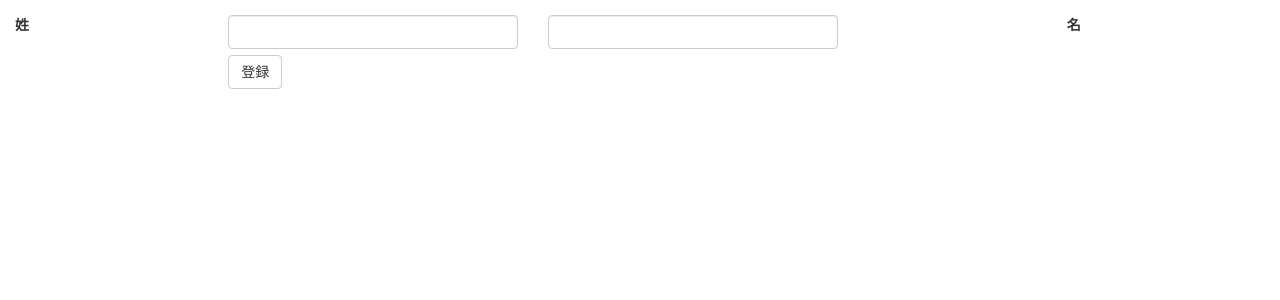
Repository: erinakatagiri/gomi
Page: bootstrap_lesson.html
The author's editor kept a record of every edit. The page is drawn from the files as they stood at one moment, then again after the next edit.
The browser window is 1280 px wide. The pictures show the whole page.

Above is the page before.

### bootstrap_lesson.html
<!DOCTYPE html>
<html>
    <head>
        <meta charset="utf-8">
        <meta http-equiv="X-UA-Compatible" content="IE=edge">
        <meta name="viewport" content="width=device-width, initial-scale=1">

        <title>Grid System Test</title>

        <!-- Bootstrap CSS-->
        <link rel="stylesheet" href="https://maxcdn.bootstrapcdn.com/bootstrap/3.3.7/css/bootstrap.min.css">
        <!-- jQuery -->
        <script src="https://ajax.googleapis.com/ajax/libs/jquery/1.12.4/jquery.min.js"></script>
        <!-- Bootstrap JavaScript-->
        <script src="https://maxcdn.bootstrapcdn.com/bootstrap/3.3.7/js/bootstrap.min.js"></script>

        <style>
            .row div {
                border: 1px solid #000;
                padding: 1em;
                text-align: center;
                background-color: #dedede;
            }

        </style>

    </head>
    <body>
       <form>
  <!-- "form-group" expresses a row -->
  <div class="form-group">
    <label class="col-xs-2 control-label">姓</label>
    <div class="col-xs-3">
      <input type="text" class="form-control"  name="lastname">
    </div>
  </div>

  <!-- row -->
  <div class="form-group">
    <label class="col-xs-offset-2 control-label">名</label>
    <div class="col-xs-3">
      <input type="text" class="form-control"  name="
      firstname">
    </div>
  </div>

  <!-- row -->
  <div class="form-group">
    <div class="col-xs-offset-2 col-sm-10">
      <button type="submit" class="btn btn-default">登録</button>
    </div>
  </div>
</form>
    </div>
        </div>
    </body>
</html>

After the next edit:
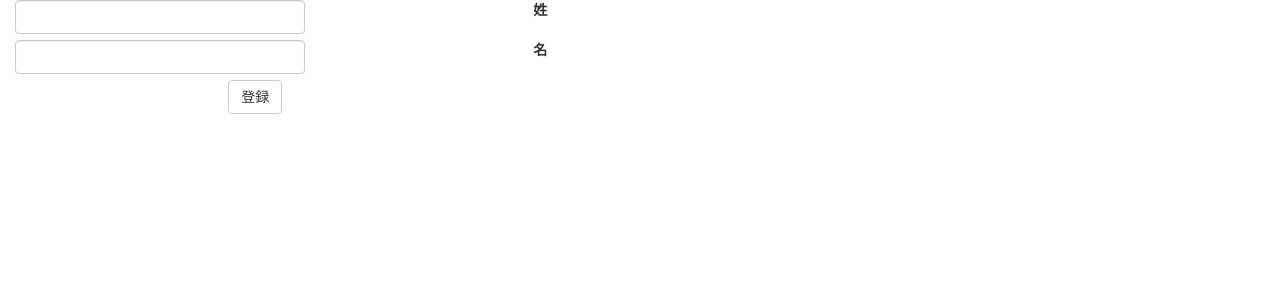
The edit:
--- a/bootstrap_lesson.html
+++ b/bootstrap_lesson.html
@@ -29,7 +29,7 @@
        <form>
   <!-- "form-group" expresses a row -->
   <div class="form-group">
-    <label class="col-xs-2 control-label">姓</label>
+    <label class="col-xs-offset-2 control-label">姓</label>
     <div class="col-xs-3">
       <input type="text" class="form-control"  name="lastname">
     </div>
